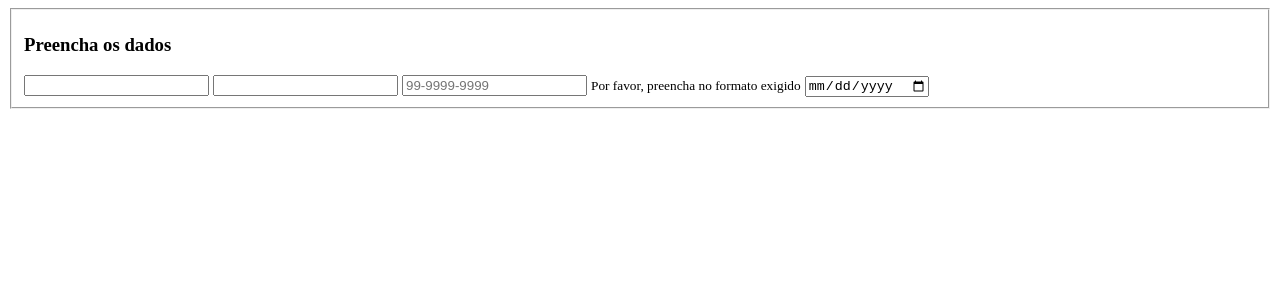
Repository: Leonngc/DEV-COLLEGE
Page: registration.html
These files come from the project's save history. The page is drawn as it stood at one moment and after the next save; the edit follows.
The browser window is 1280 px wide. The pictures show the whole page.

Above is the page before, as saved 2023-03-12 13:23:36.

After the next save:
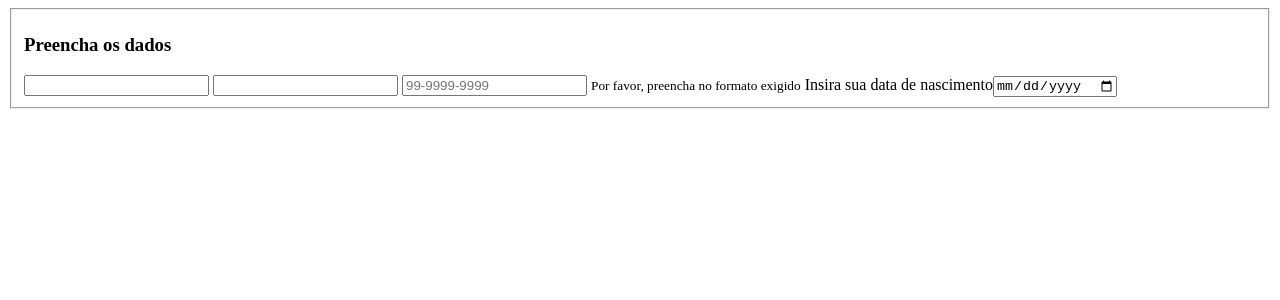
Saved 10 s later.
--- a/registration.html
+++ b/registration.html
@@ -17,7 +17,7 @@
                 <input type="text" id="username" required minlength="1" maxlength="99">
                 <input type="email" name="emailUser" id="userEmail" required>
                 <input type="tel" name="phone" id="phone" pattern="[0-9]{2}-[0-9]{4}-[0-9]{4}" required maxlength="13" placeholder="99-9999-9999"> <small>Por favor, preencha no formato exigido</small>
-                <label for="birthday"></label><input type="date" name="" id="birthday">
+                <label for="birthday">Insira sua data de nascimento</label><input type="date" name="" id="birthday">
             </form>
         </fieldset>
     </main>
